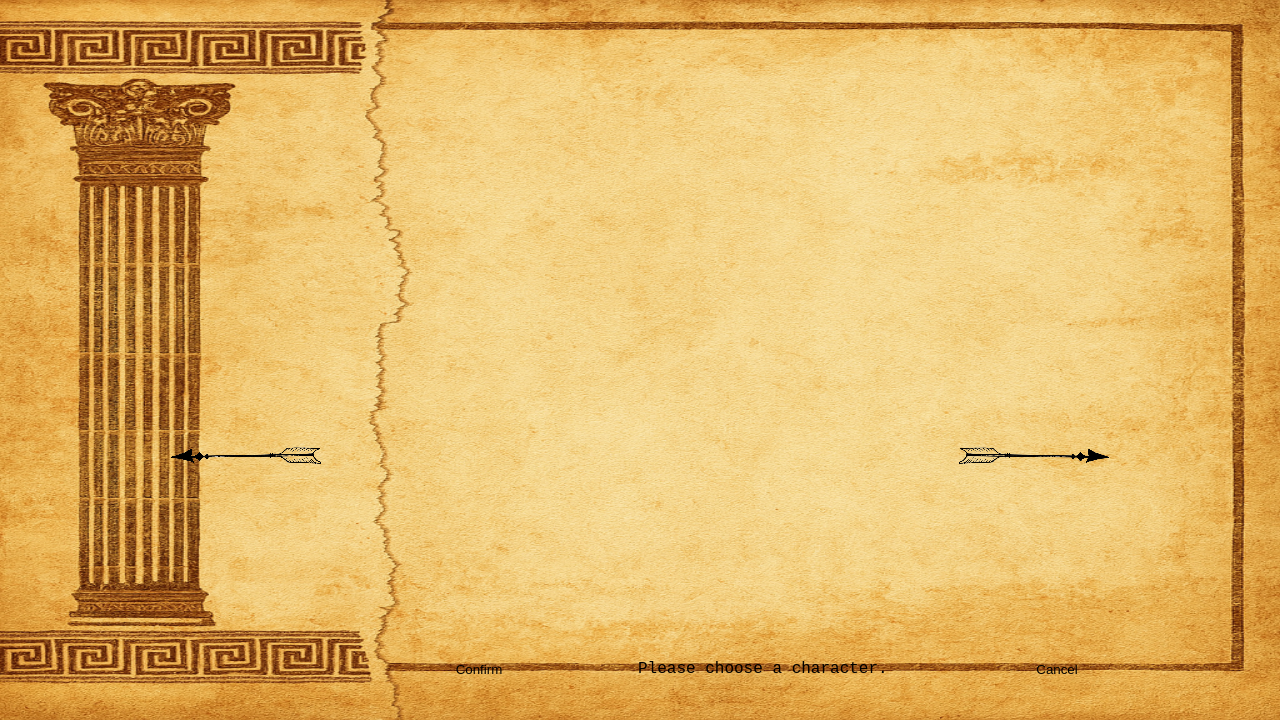
Repository: brianabariteau/Web-1-Final-Project-2025
Page: features/character-selection/character-selection.html
The author's editor kept a copy of each file at every save. The page is drawn from the files as they stood at one save, then again after the next save.
The browser window is 1280 px wide. The pictures show the whole page.
The page's requests for data from a server got no answer.

Above is the page before, as saved 2025-12-21 23:41:14.

After the next save:
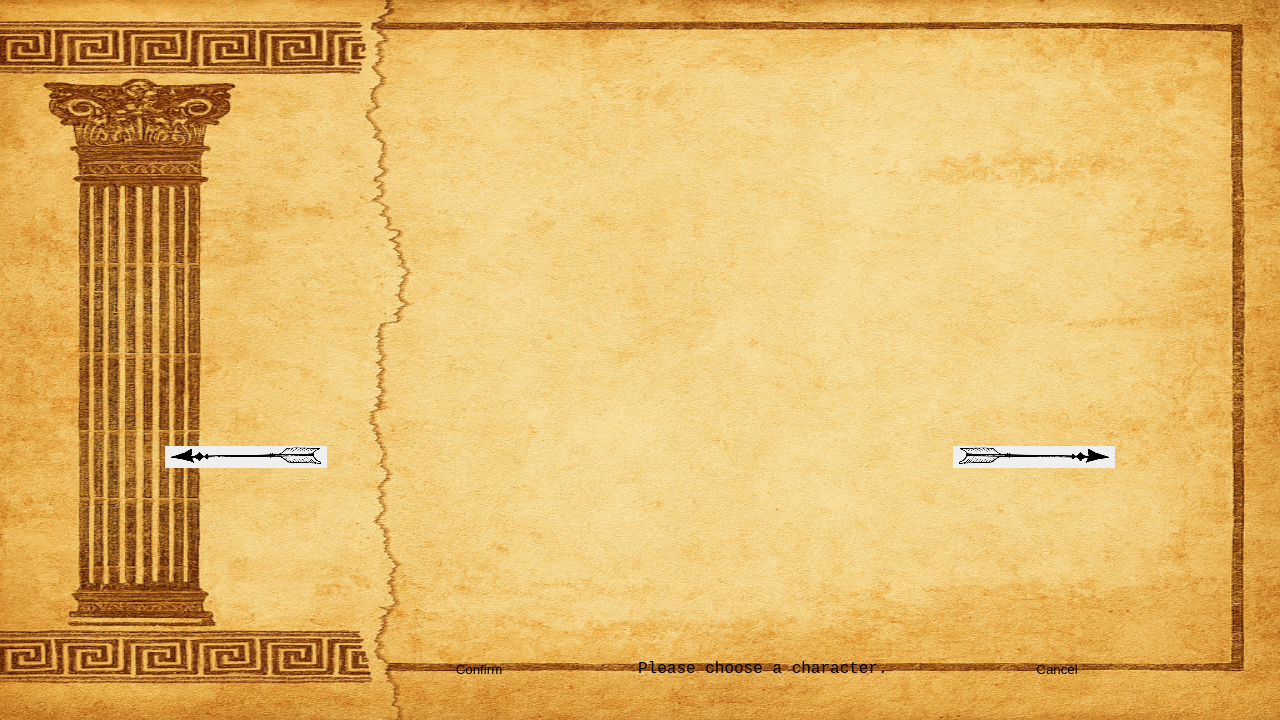
Saved 54 s later.
--- a/features/character-selection/character-selection.css
+++ b/features/character-selection/character-selection.css
@@ -115,7 +115,6 @@ body {
 
 .left-arrow,
 .right-arrow {
-  background: transparent;
   border: none;
   cursor: pointer;
   transition: transform 120ms ease;
